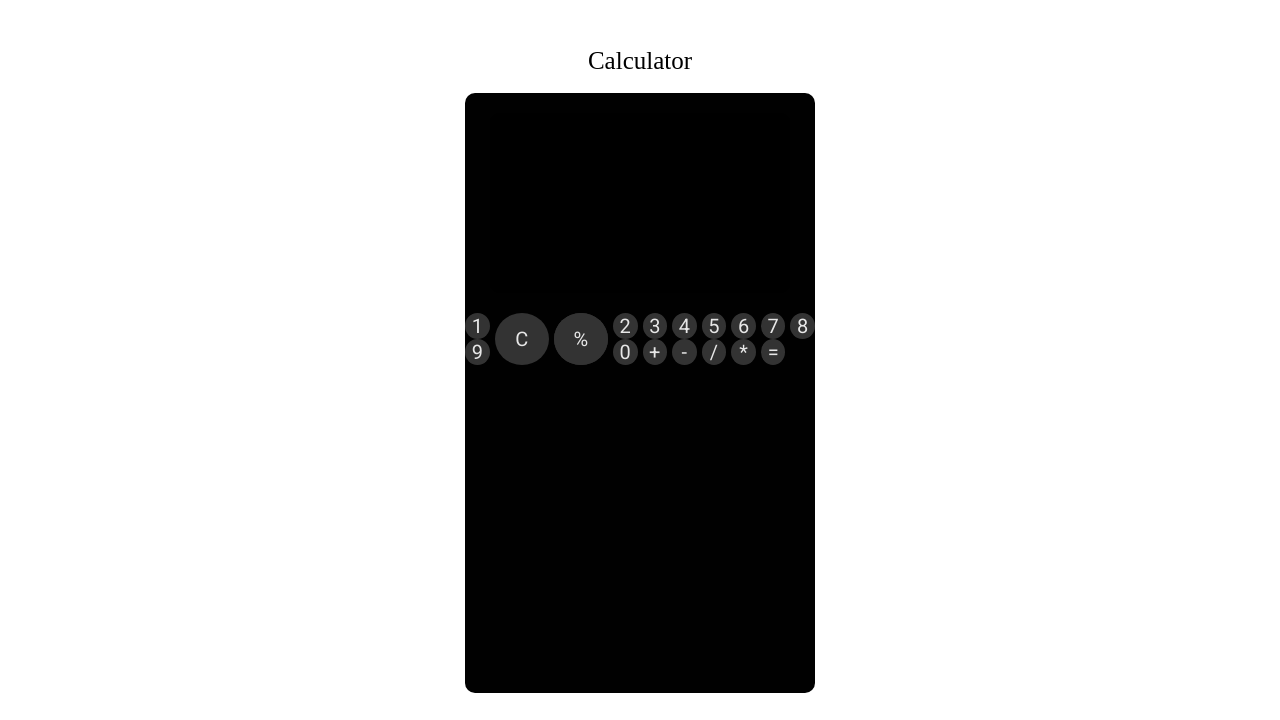
Repository: Gibon9/SimpleCalc
Page: index.html
These files come from the project's save history. The page is drawn as it stood at one moment and after the next save; the edit follows.
The browser window is 1280 px wide. The pictures show the whole page.
Some web fonts or font styles are not loaded; a fallback is used.

Above is the page before, as saved 2020-11-27 19:05:25.

After the next save:
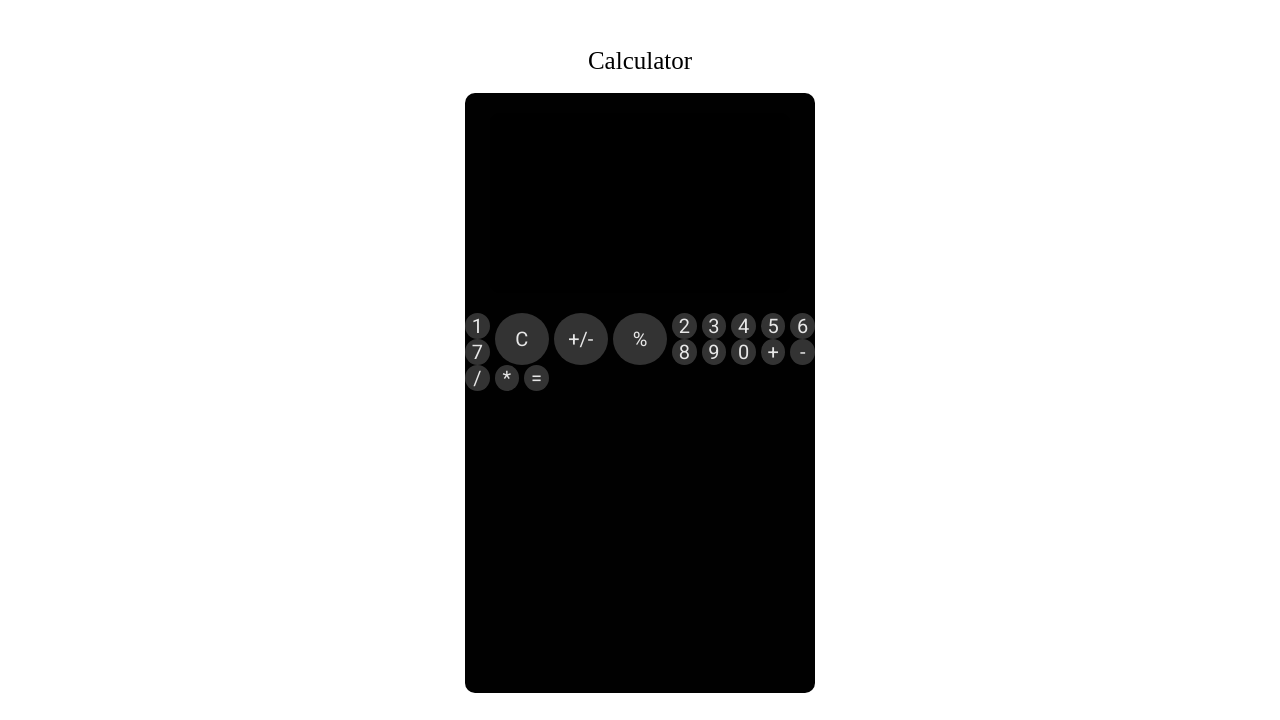
Saved 15 s later.
--- a/style/style.css
+++ b/style/style.css
@@ -75,6 +75,6 @@
 }
 
 .percent-btn {
-  grid-column: 4/6;
+  grid-column: 6/8;
   grid-row: 1/3;
 }
